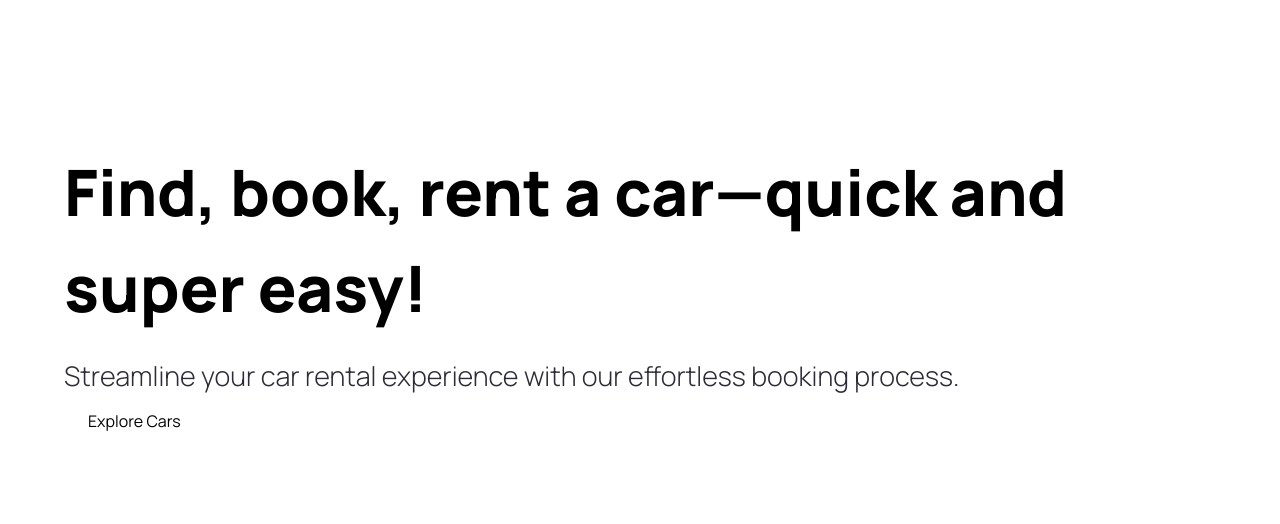
Repository: youngDevelopers/Cars-Trolley
Page: /
These files come from the project's save history. The page is drawn as it stood at one moment and after the next save; the edit follows.
The browser window is 1280 px wide. The pictures show the whole page.
The project was rebuilt for these pictures with package versions that can differ from the ones it lists, and the page was loaded fresh each time. The framework's server and built-in components were replaced by stand-ins that run in the browser. Also part of the build but not shown: next.config.js.

Above is the page before, as saved 2023-06-10 14:25:07.

### app/page.tsx
import { Hero } from "@/components";


export default function Home() {
  return (
    <main className="overflow-hidden">
      <Hero />
    </main>
  )
}

### components/index.ts
//used for exporting all of our components
import Hero from "./Hero";
import CustomButton from "./CustomButton";

export { Hero, CustomButton };

### components/Hero.tsx
import Image from "next/image"
import { CustomButton } from ".";

function Hero() {
    const handleScroll = () => {
        console.log("Handle Scroll")
    }
  return (
    <div className="hero">
      <div className="flex-1 pt-36 padding-x">
          {/**Heading */}
        <h1 className="hero__title">
          Find, book, rent a car—quick and super easy!
        </h1>

        {/**Description */}
        <p className="hero__subtitle">
          Streamline your car rental experience with our effortless booking
          process.
        </p>

        {/**Button */}
        <CustomButton title="Explore Cars" />
      </div>
    </div>
  );
}

export default Hero

### components/CustomButton.tsx
"use client";

import { CustomButtonProps } from "@/types";
import Image from "next/image"

const CustomButton = ({title, containerStyles, handleClick}: CustomButtonProps) => {
    return (
        <button
            disabled={false}
            type={"button"}
            className={`custom-btn ${containerStyles}`}
            onClick={handleClick}
        >
            <span className={`flex-1`}>
                {title}
            </span>
        </button>
    )
}

export default CustomButton;

Loaded but not shown: app/layout.tsx (common file); app/globals.css (common file); tailwind.config.js (common file)

After the next save:
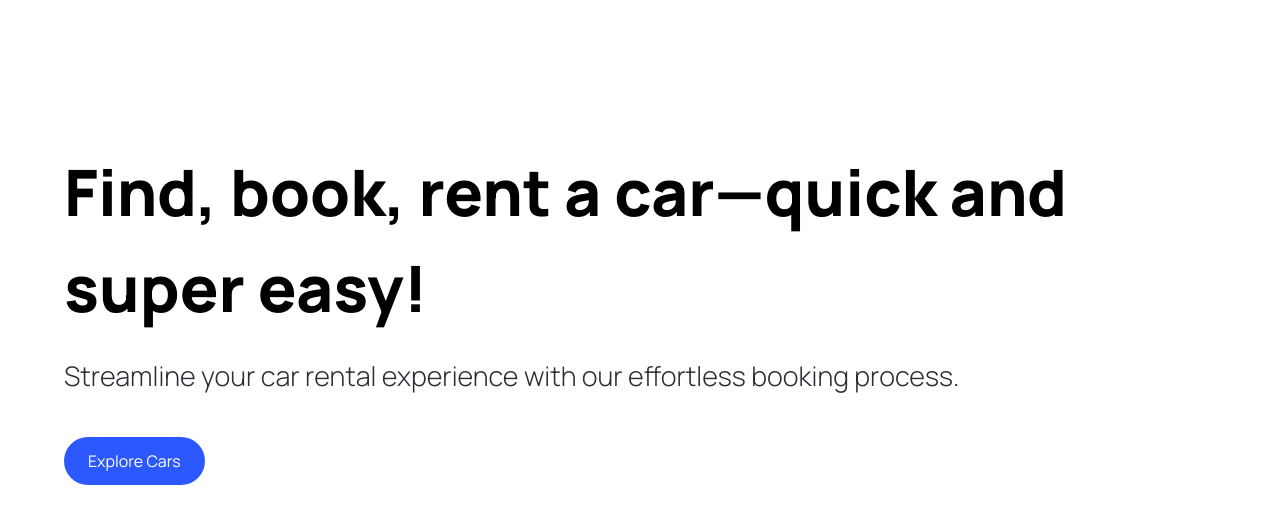
Saved 35 s later.
--- a/components/Hero.tsx
+++ b/components/Hero.tsx
@@ -8,7 +8,7 @@
   return (
     <div className="hero">
       <div className="flex-1 pt-36 padding-x">
-          {/**Heading */}
+        {/**Heading */}
         <h1 className="hero__title">
           Find, book, rent a car—quick and super easy!
         </h1>
@@ -20,7 +20,11 @@
         </p>
 
         {/**Button */}
-        <CustomButton title="Explore Cars" />
+        <CustomButton
+          title="Explore Cars"
+          containerStyles="bg-primary-blue text-white rounded-full mt-10"
+          handleClick={handleScroll}
+        />
       </div>
     </div>
   );
